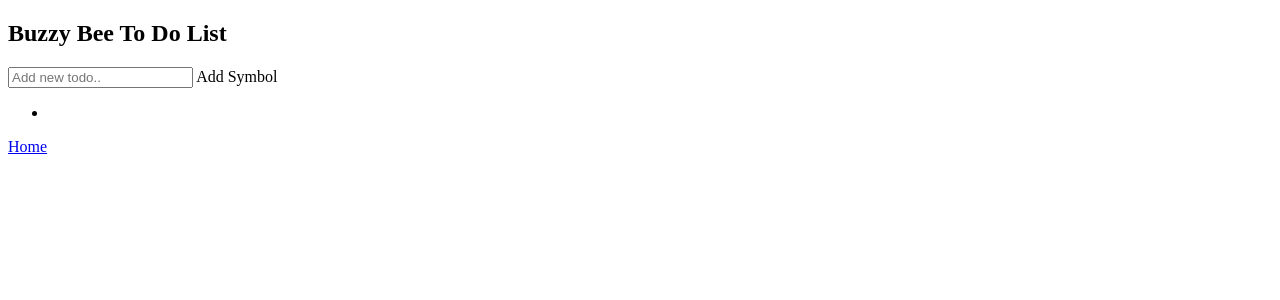
Repository: seleniadelgado/backend-spring2020-angie
Page: projects/todo/public_html/index.html
The author's editor kept a copy of each file at every save. The page is drawn from the files as they stood at one save, then again after the next save.
The browser window is 1280 px wide. The pictures show the whole page.

Above is the page before, as saved 2020-05-11 17:36:16.
Console error: ReferenceError: d is not defined

### projects/todo/public_html/index.html
<!DOCTYPE html>

<html lang="en">
    <head>
        <meta charset="utf-8">
        <title>Buzzy Bee - To Do List</title>
        <meta name="description" content="The HTML5 Herald">
        <meta name="author" content="SitePoint">
        <style></style>
    <script
    src="https://code.jquery.com/jquery-3.5.0.min.js"
    integrity="sha256-xNzN2a4ltkB44Mc/Jz3pT4iU1cmeR0FkXs4pru/JxaQ="
    crossorigin="anonymous">
    </script>
</head>
<body>
    <div class="section-title">
        <h2>Buzzy Bee To Do List</h2>
        <input type="text" id="newNote" placeholder="Add new todo..">
        <span onclick="newNote()" class="addBtn">Add Symbol</span>
    </div>
    <ul>
        <li></li>
    </ul>

























    <a href="http://localhost:3000/">Home</a>



    <script>
        $(document).ready(() => {d
            let objectToSend = {
                note: "Do something",
                author: "Nick"
            }

            $.post("http://localhost:3000/newNote", objectToSend, (dataToGet) => {
                console.log(dataToGet);
            });
            $.post("http://localhost:3000/readNotes", {}, (dataToGet) => {
                let allNotesArray = dataToGet.notes;

                console.log(allNotesArray);
            })
        })
    </script>
</body>
</html>

After the next save:
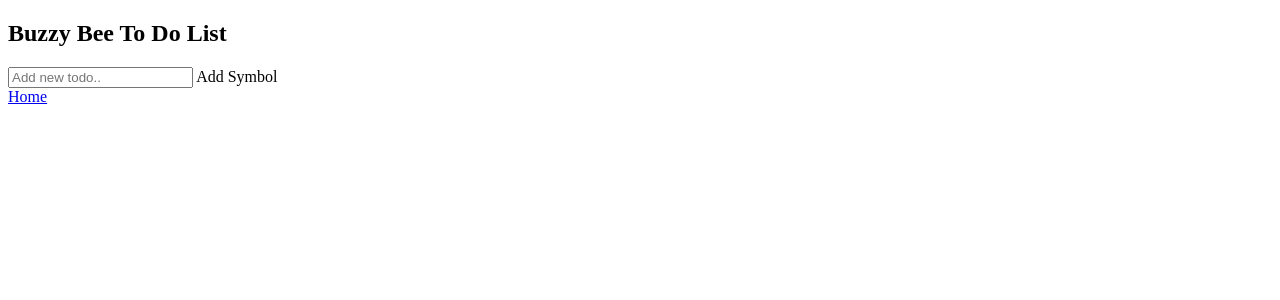
Saved 7 s later.
--- a/projects/todo/public_html/index.html
+++ b/projects/todo/public_html/index.html
@@ -19,9 +19,7 @@
         <input type="text" id="newNote" placeholder="Add new todo..">
         <span onclick="newNote()" class="addBtn">Add Symbol</span>
     </div>
-    <ul>
-        <li></li>
-    </ul>
+
 
 
 

After the save that followed:
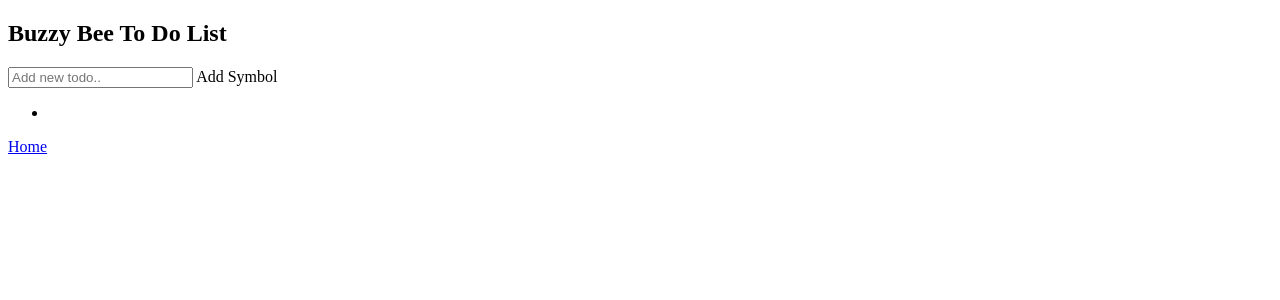
Saved 3 min 57 s later.
--- a/projects/todo/public_html/index.html
+++ b/projects/todo/public_html/index.html
@@ -17,9 +17,12 @@
     <div class="section-title">
         <h2>Buzzy Bee To Do List</h2>
         <input type="text" id="newNote" placeholder="Add new todo..">
-        <span onclick="newNote()" class="addBtn">Add Symbol</span>
+        <span class="addBtn">Add Symbol</span>
     </div>
-
+    <ul>
+        <li>
+        </li>
+    </ul>
 
 
 
